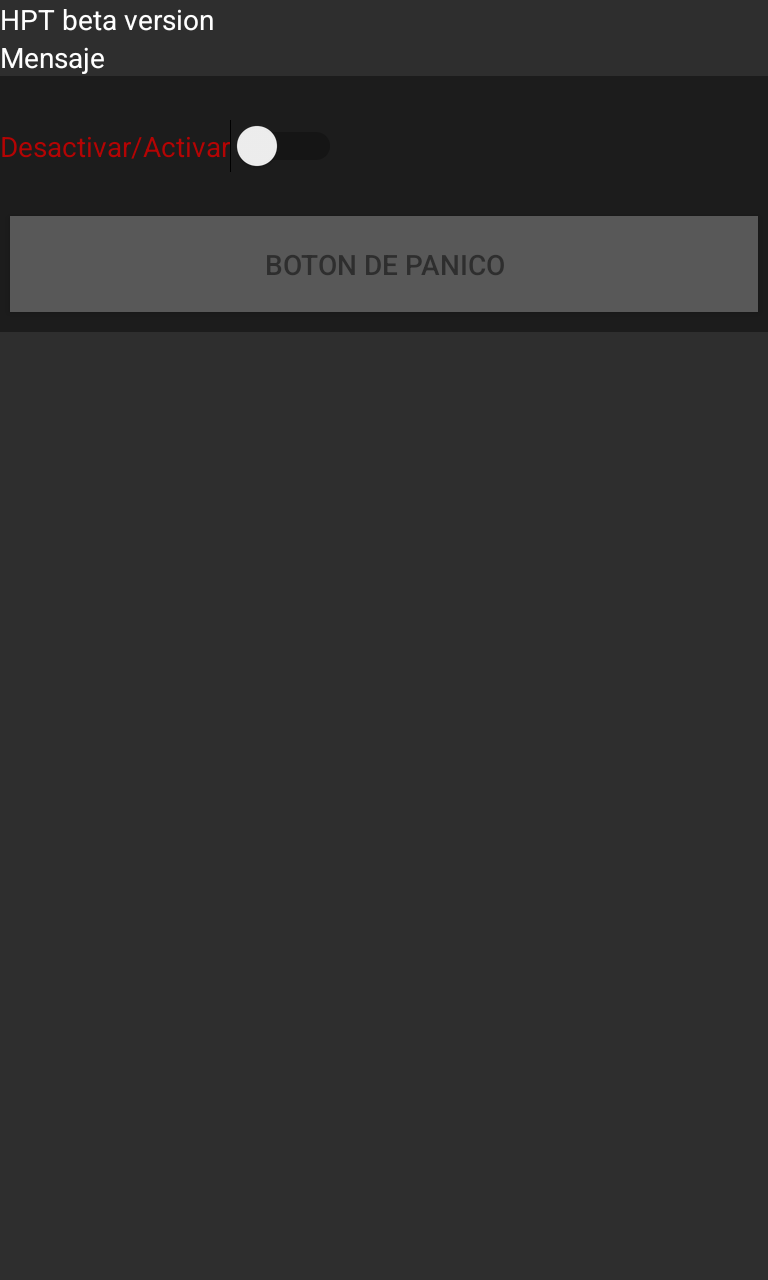
Repository: aludena18/android_apps
Layout: HunterPersonalTrack/res/layout/activity_main.xml
These files come from the project's save history. The layout is drawn as it stood at one moment and after the next save; the edit follows.
It is drawn on a 768 x 1280 px phone screen (xhdpi) without system bars, with theme AppTheme; the app's code is not run.

Above is the layout before, as saved 2015-10-16 21:54:40.

### HunterPersonalTrack/res/layout/activity_main.xml
<LinearLayout xmlns:android="http://schemas.android.com/apk/res/android"
    xmlns:tools="http://schemas.android.com/tools"
    android:layout_width="match_parent"
    android:layout_height="match_parent"
    android:orientation="vertical"
    android:background="#2E2E2E"
    tools:context="com.alg.hunterpersonaltrack.MainActivity" >

    <TextView
        android:layout_width="wrap_content"
        android:layout_height="wrap_content"
        android:textColor="#FFFFFF"
        android:text="@string/hello_world" />

    <TextView
        android:id="@+id/txvMensaje"
        android:layout_width="wrap_content"
        android:layout_height="wrap_content"
        android:textColor="#FFFFFF"
        android:text="@string/etqTxvMensaje" />

    <LinearLayout
        android:layout_width="match_parent"
        android:layout_height="wrap_content"
        android:orientation="vertical"
        android:background="#1C1C1C">

        <Switch
	        android:id="@+id/swtOnOff"
    	    android:layout_width="wrap_content"
        	android:layout_height="50dp"
        	android:layout_marginTop="10dp"
       		android:layout_marginBottom="10dp"
        	android:textColor="#B40404"
        	android:text="@string/etqSwtOnOff" />

	    <Button
    	    android:id="@+id/btnPanico"
        	android:layout_width="match_parent"
	        android:layout_height="wrap_content"
        	android:layout_marginLeft="5dp"
        	android:layout_marginRight="5dp"
        	android:layout_marginBottom="10dp"
        	android:background="#585858"
        	android:textColor="#2E2E2E"
        	android:text="@string/etqBtnPanico"/>

    </LinearLayout>



</LinearLayout>

### HunterPersonalTrack/res/values/strings.xml
<?xml version="1.0" encoding="utf-8"?>
<resources>

    <string name="app_name">Hunter Personal Track</string>
    <string name="hello_world">HPT beta version</string>
    <string name="action_settings">Settings</string>

    <string name="etqSwtOnOff">Desactivar/Activar</string>
    <string name="etqBtnPanico">Boton de Panico</string>
    <string name="etqTxvMensaje">Mensaje</string>

</resources>

Loaded but not shown: HunterPersonalTrack/res/values/styles.xml (common file); HunterPersonalTrack/res/values-v11/styles.xml (common file); HunterPersonalTrack/res/values-v14/styles.xml (common file)

After the next save:
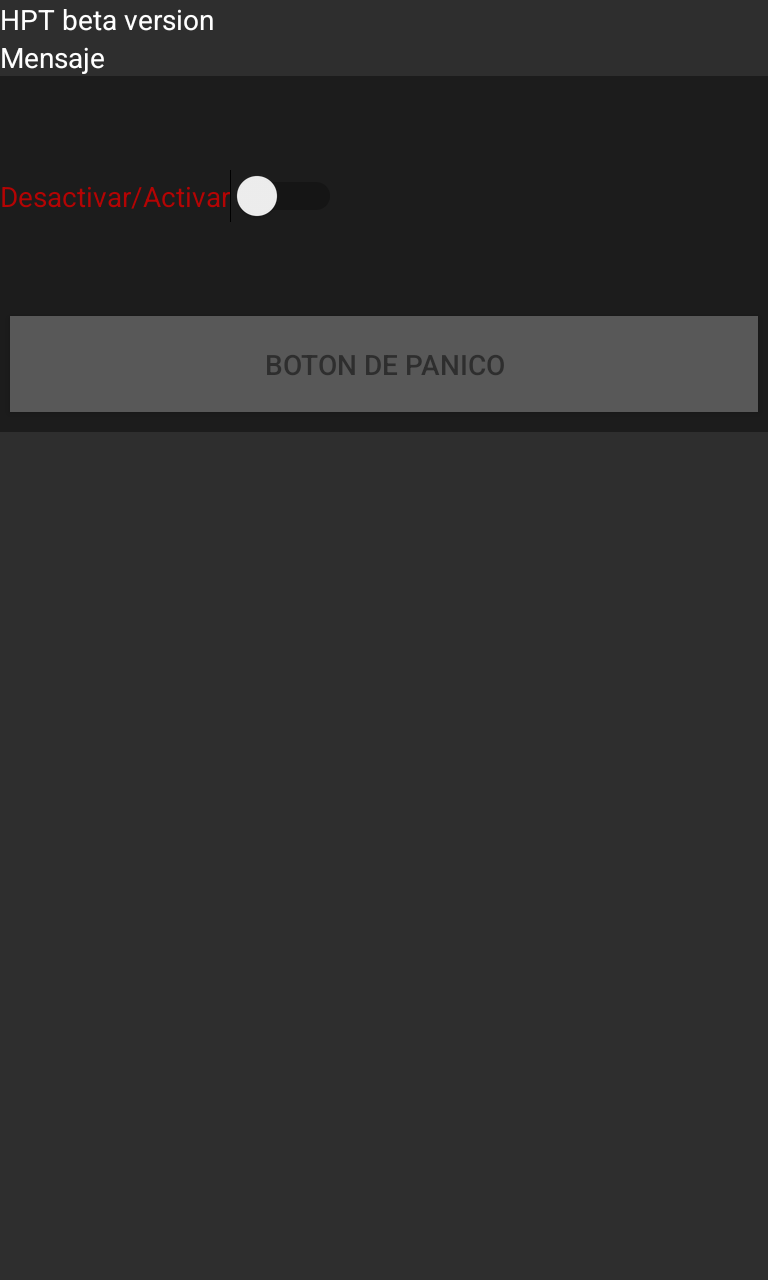
Saved 11 s later.
--- a/HunterPersonalTrack/res/layout/activity_main.xml
+++ b/HunterPersonalTrack/res/layout/activity_main.xml
@@ -28,7 +28,7 @@
         <Switch
 	        android:id="@+id/swtOnOff"
     	    android:layout_width="wrap_content"
-        	android:layout_height="50dp"
+        	android:layout_height="100dp"
         	android:layout_marginTop="10dp"
        		android:layout_marginBottom="10dp"
         	android:textColor="#B40404"
